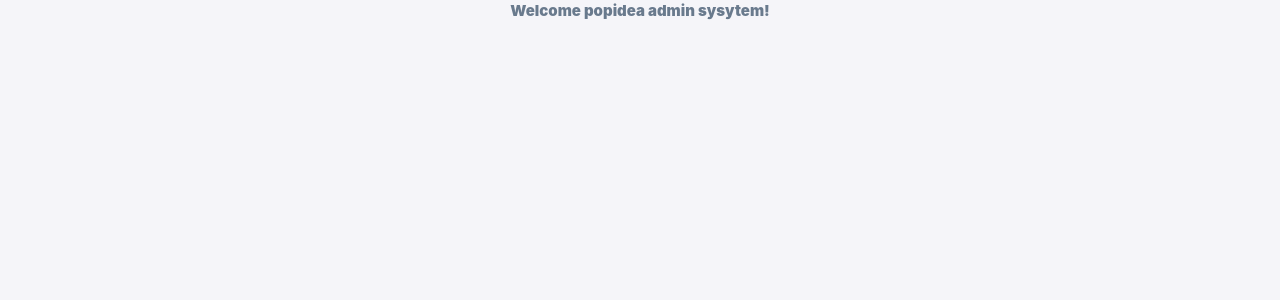
Repository: Joebig7/popidea-admin-front
Page: index.html
The author's editor kept a copy of each file at every save. The page is drawn from the files as they stood at one save, then again after the next save.
The browser window is 1280 px wide. The pictures show the whole page.

Above is the page before, as saved 2022-09-20 14:58:37.

After the next save:
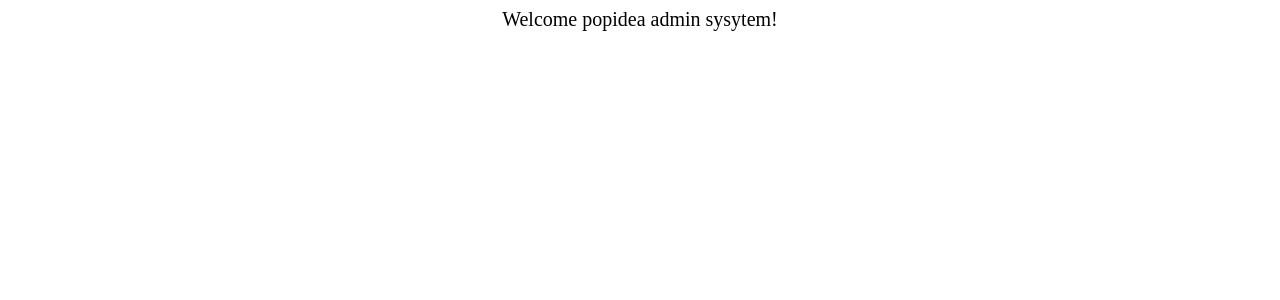
Saved 27 s later.
--- a/index.html
+++ b/index.html
@@ -12,29 +12,14 @@
   <title>Sneat - Free Bootstrap 5 HTML Admin Template</title>
 
   <meta name="description" content="" />
-
-  <!-- Favicon -->
-  <link rel="icon" type="image/x-icon" href="assets/img/favicon/favicon.ico" />
-
-  <!-- Fonts -->
-  <link rel="preconnect" href="https://fonts.googleapis.com">
-  <link rel="preconnect" href="https://fonts.gstatic.com" crossorigin>
-  <link
-    href="https://fonts.googleapis.com/css2?family=Open+Sans:ital,wght@0,300;0,400;0,500;0,600;0,700;1,300;1,400;1,500;1,600;1,700&display=swap"
-    rel="stylesheet">
-
-  <!-- Core CSS -->
-  <link rel="stylesheet" href="assets/vendor/css/core.css" />
-  <link rel="stylesheet" href="assets/vendor/css/theme-default.css" />
-  <link rel="stylesheet" href="assets/css/demo.css" />
-
   <style>
         span{
           display: block;
         }
 
       .title{
-          font-weight: 900;
+        font-size: 20px;
+          font-weight: 500;
           width:100%;
           height:30px;
           display:flex;
@@ -48,7 +33,6 @@
 
   <div class="title"> <span>Welcome popidea admin sysytem!</span></div>
 
-
 </body>
 
 </html>
